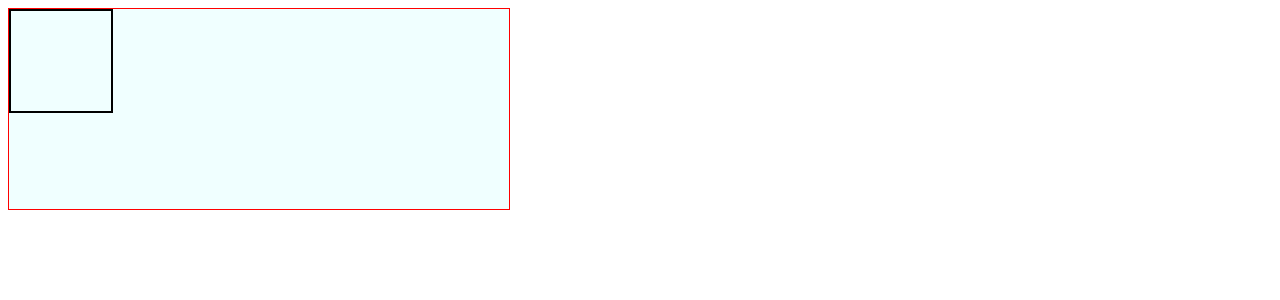
Repository: sogeisetsu/suy-ife
Page: 009-011/13.html
An editor plug-in stored every save of this project. The page is shown before and after the next save, followed by the edit.
The browser window is 1280 px wide. The pictures show the whole page.

Above is the page before, as saved 2019-10-13 13:47:31.

### 009-011/13.html
<!DOCTYPE html>
<html>
    <head>
        <style>
            .father{
                width: 500px;
                height: 200px;
                position: relative;
                background-color: azure;
                border: solid 1px red;
            }
            .child{
                height: 100px;
                width: 100px;
                margin: 0;
                border: solid 2px;
                position: absolute;

            }
        </style>
    </head>
    <body>
        <div class="father">
            <div class="child">

            </div>
        </div>
    </body>
</html>

After the next save:
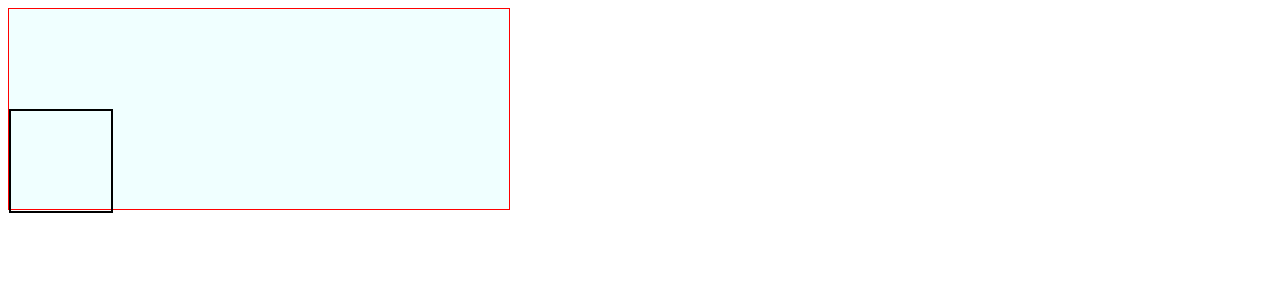
Saved 7 s later.
--- a/009-011/13.html
+++ b/009-011/13.html
@@ -15,7 +15,7 @@
                 margin: 0;
                 border: solid 2px;
                 position: absolute;
-
+                top: 50%;
             }
         </style>
     </head>

After the save that followed:
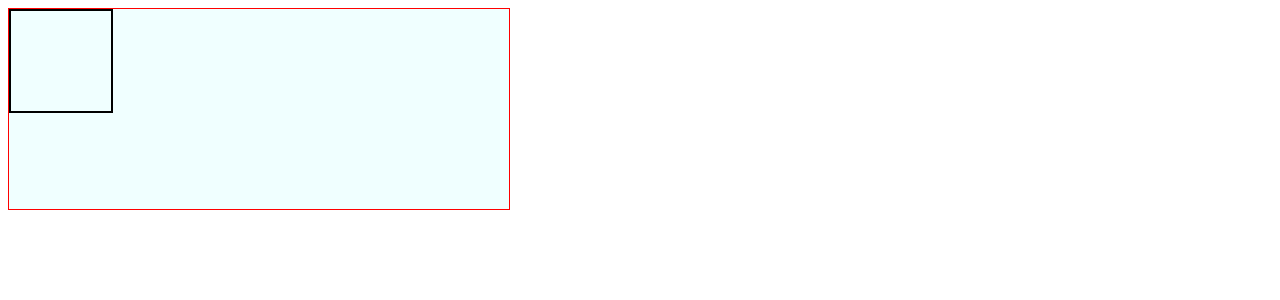
Saved 53 s later.
--- a/009-011/13.html
+++ b/009-011/13.html
@@ -12,10 +12,9 @@
             .child{
                 height: 100px;
                 width: 100px;
-                margin: 0;
+                margin: auto 0;
                 border: solid 2px;
                 position: absolute;
-                top: 50%;
             }
         </style>
     </head>
